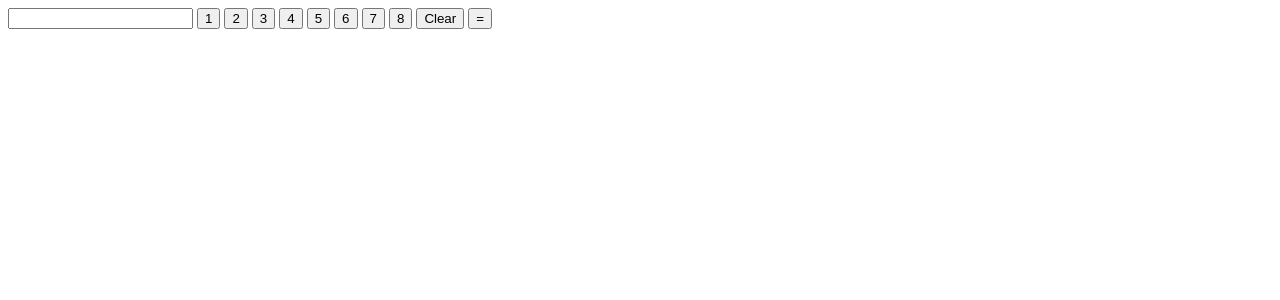
Repository: weazzyefff/Calculator-App
Page: index.html
An editor plug-in stored every save of this project. The page is shown before and after the next save, followed by the edit.
The browser window is 1280 px wide. The pictures show the whole page.

Above is the page before, as saved 2022-12-16 17:23:54.

After the next save:
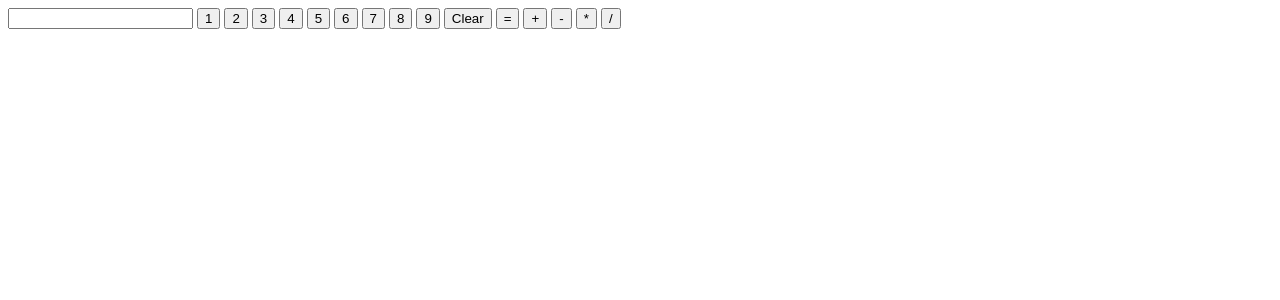
Saved 42 s later.
--- a/index.html
+++ b/index.html
@@ -16,8 +16,13 @@
         <button type = "input">6</button>
         <button type = "input">7</button>
         <button type = "input">8</button>
+        <button type = "input">9</button>
         <button type = "input">Clear</button>
         <button type = "input">=</button>
+        <button type = "input">+</button>
+        <button type = "input">-</button>
+        <button type = "input">*</button>
+        <button type = "input">/</button>
     </div>
 
 
